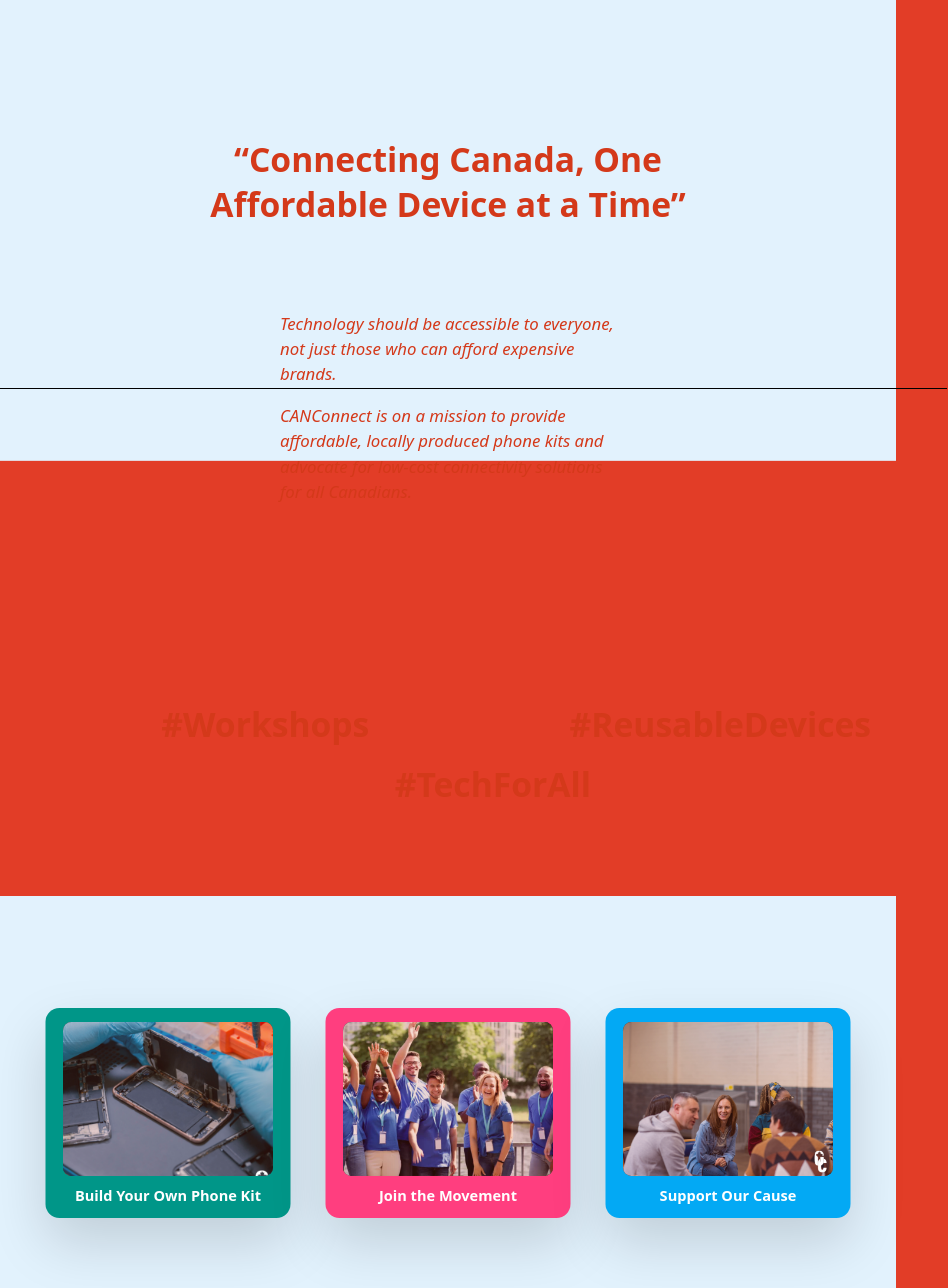
Repository: katelynyew/communityWebsite
Page: index.html
An editor plug-in stored every save of this project. The page is shown before and after the next save, followed by the edit.
The browser window is 1280 px wide. The page is 1354 px wide, so the pictures cover 1354 px, including what lies to the right of the window. The pictures show the part of the page from y = 2350 to 4190 px (the page is 4190 px tall), at 70% of full size.
Some web fonts or font styles are not loaded; a fallback is used. Some web libraries are served in a nearby version.

Above is the page before, as saved 2025-04-04 03:38:23.

After the next save:
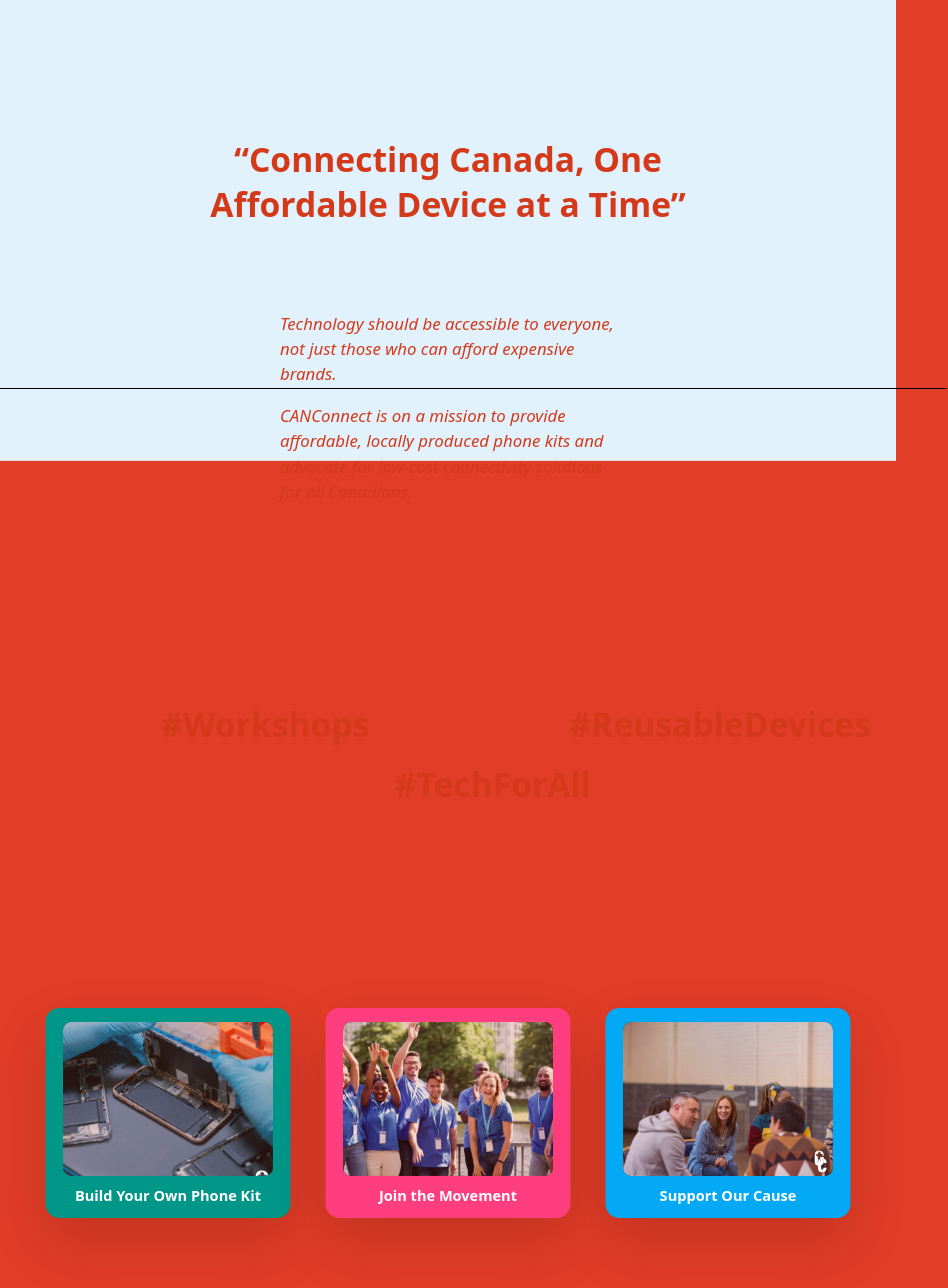
Saved 30 s later.
--- a/style.css
+++ b/style.css
@@ -241,7 +241,7 @@
 }
 .container {
     top:70%;
-    background-color: rgb(226, 242, 253);
+    background-color: rgb(226, 61, 39);
     position: relative;
     display: flex;
     justify-content: center;
